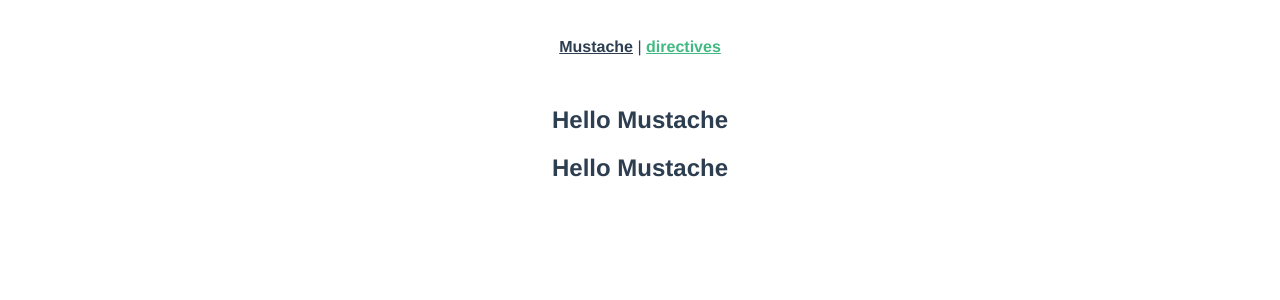
Repository: yeyanghui0616/my-vue2-learning
Page: /directives
An editor plug-in stored every save of this project. The page is shown before and after the next save, followed by the edit.
The browser window is 1280 px wide. The pictures show the whole page.
The project was rebuilt for these pictures with package versions that can differ from the ones it lists, and the page was loaded fresh each time. Also part of the build but not shown: src/views/Mustache.vue.

Above is the page before, as saved 2023-08-30 21:17:13.

### src/App.vue
<template>
	<div id="app">
		<div id="nav">
			<router-link to="/">Mustache</router-link> |
			<router-link to="/directives">directives</router-link>
		</div>
		<router-view />
	</div>
</template>

<style lang="scss">
#app {
	font-family: Avenir, Helvetica, Arial, sans-serif;
	-webkit-font-smoothing: antialiased;
	-moz-osx-font-smoothing: grayscale;
	text-align: center;
	color: #2c3e50;
}

#nav {
	padding: 30px;

	a {
		font-weight: bold;
		color: #2c3e50;

		&.router-link-exact-active {
			color: #42b983;
		}
	}
}
</style>

### src/router/index.js
import Vue from "vue";
import VueRouter from "vue-router";
import Mustache from "../views/Mustache.vue";

Vue.use(VueRouter);

const routes = [
	{
		path: "/",
		name: "Mustache",
		component: Mustache,
	},
	{
		path: "/directives",
		name: "directives",
		component: () => import("../views/directives.vue"),
	},
];

const router = new VueRouter({
	mode: "history",
	base: process.env.BASE_URL,
	routes,
});

export default router;

### src/views/directives.vue
<template>
	<div>
		<h2>Hello {{ name }}</h2>
		<h2>Hello {{ name }}</h2>
	</div>
</template>

<script>
export default {
	data() {
		return {
			name: "Mustache",

		};
	},

	methods: {},
};
</script>

<style lang="scss"></style>

Loaded but not shown: public/index.html (common file); src/main.js (common file); src/store/index.js (common file)

After the next save:
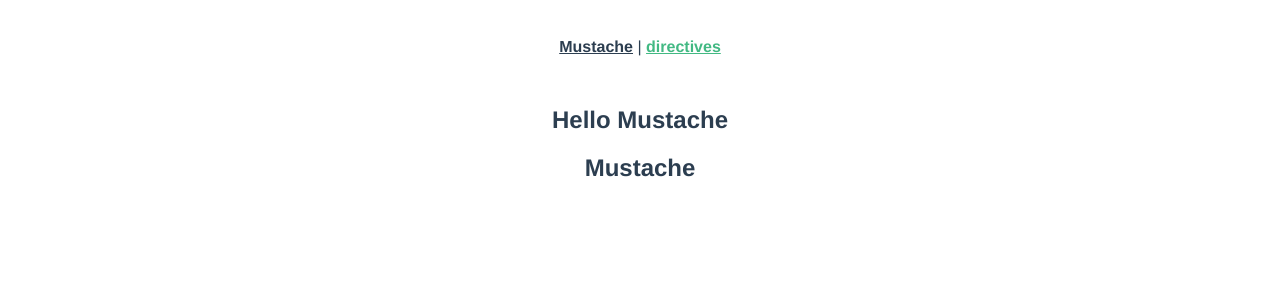
Saved 5 s later.
--- a/src/views/directives.vue
+++ b/src/views/directives.vue
@@ -1,7 +1,7 @@
 <template>
 	<div>
 		<h2>Hello {{ name }}</h2>
-		<h2>Hello {{ name }}</h2>
+		<h2>{{firstName}} {{ name }}</h2>
 	</div>
 </template>
 
